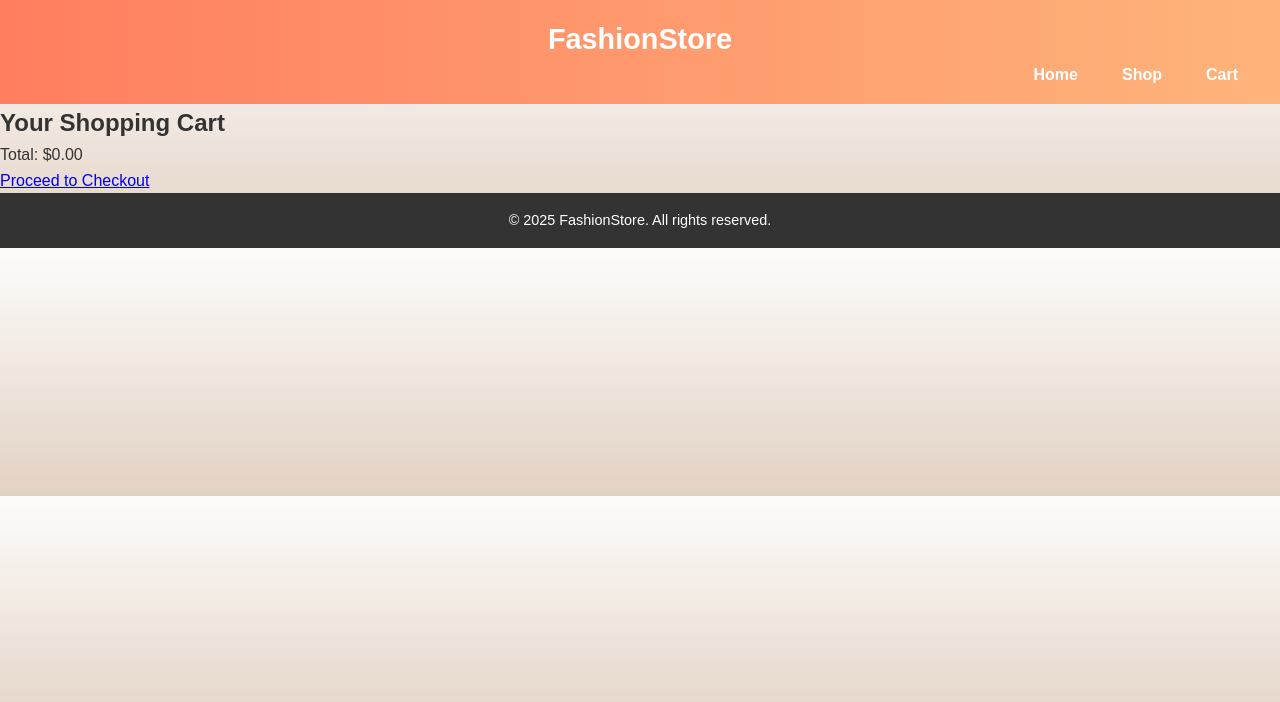
Repository: Patience225/ecommerce-app
Page: cart.html
The author's editor kept a copy of each file at every save. The page is drawn from the files as they stood at one save, then again after the next save.
The browser window is 1280 px wide. The pictures show the whole page.

Above is the page before, as saved 2025-01-28 10:00:26.
Console error: SyntaxError: Identifier 'cart' has already been declared

### cart.html
<!DOCTYPE html>
<html lang="en">
<head>
  <meta charset="UTF-8">
  <meta name="viewport" content="width=device-width, initial-scale=1.0">
  <title>Fashion Store | Cart</title>
  <link rel="stylesheet" href="css/styles.css">
</head>
<body>
  <header>
    <nav>
      <div class="logo">FashionStore</div>
      <ul class="nav-links">
        <li><a href="index.html">Home</a></li>
        <li><a href="products.html">Shop</a></li>
        <li><a href="cart.html">Cart</a></li>
      </ul>
    </nav>
  </header>

  <main>
    <!-- Cart Section -->
    <section class="cart">
      <h2>Your Shopping Cart</h2>
      <div id="cart-items-container" class="cart-items">
        <!-- Cart items will be dynamically loaded here -->
      </div>
      <div class="cart-summary">
        <p>Total: $<span id="total-price">0.00</span></p>
        <a href="checkout.html" class="checkout-button">Proceed to Checkout</a>
      </div>
    </section>
  </main>

  <footer>
    <p>&copy; 2025 FashionStore. All rights reserved.</p>
  </footer>

  <script src="js/cart.js"></script>
</body>
</html>

### css/styles.css
/* General Reset */
* {
  margin: 0;
  padding: 0;
  box-sizing: border-box;
}

body {
  font-family: 'Arial', sans-serif;
  line-height: 1.6;
  color: #333;
  background: linear-gradient(to bottom, #fdfcfb, #e2d1c3); /* Merged backgrounds */
  overflow-x: hidden;
  animation: fadeIn 0.5s ease-in-out;
}

/* Dark Mode styles */
body.dark-mode {
  background-color: #121212;
  color: white;
}

button {
  background-color: #ff6f61;
  transition: background-color 0.3s, transform 0.2s;
}

/* Light Mode styles */
body.light-mode {
  background-color: white;
  color: black;
}

.spinner {
  border: 4px solid #f3f3f3;
  border-radius: 50%;
  border-top: 4px solid #ff6f61;
  width: 30px;
  height: 30px;
  animation: spin 1s linear infinite;
}

@keyframes spin {
  0% {
      transform: rotate(0deg);
  }
  100% {
      transform: rotate(360deg);
  }
}

/* Header Styles */
header {
  background: linear-gradient(to right, #ff7e5f, #feb47b); /* Kept gradient for aesthetics */
  color: white;
  padding: 1rem 2rem;
  text-align: center;
}

header .logo {
  font-size: 1.8rem;
  font-weight: bold;
}

header .nav-links {
  display: flex;
  list-style: none;
  gap: 1.5rem;
  justify-content: flex-end;
}

header .nav-links li {
  margin: 0 10px; /* Merged inline styles */
}

header .nav-links li a {
  text-decoration: none;
  color: white;
  font-weight: bold;
  transition: color 0.3s;
}

header .nav-links li a:hover {
  color: #333;
}

/* Hero Section */
.hero {
  text-align: center;
  padding: 3rem 1rem;
  background: linear-gradient(to right, #ffecd2, #fcb69f);
  color: #333;
}

.hero h1 {
  font-size: 2.5rem;
  margin-bottom: 1rem;
}

.hero p {
  margin-bottom: 1.5rem;
  font-size: 1.2rem;
}

.hero .cta-button {
  text-decoration: none;
  padding: 0.8rem 2rem;
  background: #ff7e5f;
  color: white;
  font-weight: bold;
  border-radius: 25px;
  transition: background 0.3s;
}

.hero .cta-button:hover {
  background: #feb47b;
}

/* Categories Section */
.categories {
  padding: 2rem 1rem;
  text-align: center;
}

.categories h2 {
  margin-bottom: 2rem;
  font-size: 2rem;
}

.category-grid {
  display: flex;
  gap: 1.5rem;
  justify-content: center;
  flex-wrap: wrap;
}

.category-item {
  flex: 1 1 calc(40% - 2rem);
  max-width: 400px;
  overflow: hidden;
  border-radius: 15px;
  box-shadow: 0 4px 8px rgba(0, 0, 0, 0.1);
  transition: transform 0.3s;
}

.category-item img {
  width: 100%;
  height: auto;
  display: block;
}

.category-item .category-link {
  display: block;
  padding: 1rem;
  text-decoration: none;
  font-weight: bold;
  color: white;
  background: #333;
  text-align: center;
}

.category-item:hover {
  transform: scale(1.05);
}

/* Featured Products Section */
.featured-products {
  padding: 2rem 1rem;
  background: linear-gradient(to bottom, #e2d1c3, #f7f1e3);
  text-align: center;
}

.featured-products h2 {
  margin-bottom: 2rem;
  font-size: 2rem;
}

.product-grid {
  display: flex;
  gap: 1.5rem;
  justify-content: center;
  flex-wrap: wrap;
}

.product-grid .product {
  flex: 1 1 calc(30% - 2rem);
  max-width: 300px;
  overflow: hidden;
  border-radius: 15px;
  box-shadow: 0 4px 8px rgba(0, 0, 0, 0.1);
  text-align: center;
  background: white;
  transition: transform 0.3s;
}

.product-grid .product img {
  width: 100%;
  height: auto;
  display: block;
}

.product-grid .product h3 {
  margin: 1rem 0;
}

.product-grid .product p {
  color: #666;
  margin-bottom: 1rem;
}

.product-grid .product button {
  padding: 0.8rem 1.5rem;
  background: #ff7e5f;
  border: none;
  color: white;
  font-weight: bold;
  border-radius: 25px;
  cursor: pointer;
  transition: background 0.3s;
}

.product-grid .product button:hover {
  background: #feb47b;
}

/* Checkout Form Styles */
.checkout-details {
  background-color: white;
  padding: 20px;
  border-radius: 8px;
  box-shadow: 0 4px 8px rgba(0, 0, 0, 0.1);
  margin-top: 20px;
}

.checkout-details input,
.checkout-details textarea,
.checkout-details select {
  width: 100%;
  padding: 10px;
  margin-bottom: 15px;
  border: 1px solid #ccc;
  border-radius: 4px;
}

.checkout-details button {
  background-color: #ff6f61;
  color: white;
  padding: 12px 20px;
  border: none;
  border-radius: 4px;
  font-size: 16px;
  cursor: pointer;
  transition: background-color 0.3s ease;
}

.checkout-details button:hover {
  background-color: #e0554b;
}

/* Cart Styles */
.cart-item {
  display: flex;
  justify-content: space-between;
  align-items: center;
  margin-bottom: 15px;
  background-color: #fff;
  padding: 10px;
  border-radius: 8px;
  box-shadow: 0 2px 6px rgba(0, 0, 0, 0.1);
  transition: transform 0.3s ease;
  animation: cartAnimation 0.3s ease-out;
  animation: slideIn 0.3s ease-in-out;
}

.cart-item:hover {
  transform: translateY(-5px);
}

.cart-item img {
  max-width: 50px;
  margin-right: 15px;
}

.cart-item-details {
  flex-grow: 1;
}

.cart-item input[type="number"] {
  width: 60px;
  padding: 5px;
}

.remove-item {
  background-color: #ff6f61;
  color: white;
  padding: 8px;
  border: none;
  border-radius: 4px;
  cursor: pointer;
}

.remove-item:hover {
  background-color: #e0554b;
}

/* Animations for the Cart */
@keyframes cartAnimation {
  0% {
    opacity: 0;
    transform: translateY(-20px);
  }
  100% {
    opacity: 1;
    transform: translateY(0);
  }
}

@keyframes fadeIn {
  from {
      opacity: 0;
  }
  to {
      opacity: 1;
  }
}

@keyframes slideIn {
  from {
      transform: translateX(-100%);
      opacity: 0;
  }
  to {
      transform: translateX(0);
      opacity: 1;
  }
}

button:hover {
  background-color: #d35d56;
  transform: scale(1.05);
}


.products-container {
  display: flex;
  flex-wrap: wrap;
  justify-content: space-between;
  gap: 20px;
}

.product-item {
  flex: 0 1 30%;
  background-color: #fff;
  padding: 15px;
  border-radius: 8px;
  box-shadow: 0 2px 5px rgba(0, 0, 0, 0.1);
}


@keyframes fadeIn {
  0% { opacity: 0; }
  100% { opacity: 1; }
}

.page {
  animation: fadeIn 0.5s ease-in-out;
}

/* Responsive Design */
@media (max-width: 768px) {
  .products-container {
      flex-direction: column;
      align-items: center;
  }

  .product-item {
      width: 90%;
  }

  nav a {
      display: block;
      margin: 10px 0;
  }
}


/* Footer */
footer {
  text-align: center;
  padding: 1rem;
  background: #333;
  color: white;
  font-size: 0.9rem;
}

### js/cart.js
let cart = JSON.parse(localStorage.getItem('cart')) || [];

document.addEventListener('DOMContentLoaded', () => {
  const cartItemsContainer = document.getElementById('cart-items-container');
  const totalPriceElement = document.getElementById('total-price');

  // Function to display cart items
  function displayCart() {
    cartItemsContainer.innerHTML = '';
    let total = 0;

    cart.forEach(item => {
      const itemElement = document.createElement('div');
      itemElement.classList.add('cart-item');
      itemElement.innerHTML = `
        <img src="${item.image}" alt="${item.name}">
        <div class="cart-item-details">
          <h3>${item.name}</h3>
          <p>$${item.price.toFixed(2)}</p>
          <input type="number" value="${item.quantity}" min="1" class="item-quantity" data-id="${item.id}">
          <button class="remove-item" data-id="${item.id}">Remove</button>
        </div>
      `;
      cartItemsContainer.appendChild(itemElement);
      total += item.price * item.quantity;
    });

    totalPriceElement.textContent = total.toFixed(2);
  }

  // Event listener for changing quantity
  cartItemsContainer.addEventListener('input', event => {
    if (event.target.classList.contains('item-quantity')) {
      const id = parseInt(event.target.dataset.id);
      const newQuantity = parseInt(event.target.value);
      const item = cart.find(item => item.id === id);
      if (item) {
        item.quantity = newQuantity;
        localStorage.setItem('cart', JSON.stringify(cart));
        displayCart();
      }
    }
  });

  // Event listener for removing items from the cart
  cartItemsContainer.addEventListener('click', event => {
    if (event.target.classList.contains('remove-item')) {
      const id = parseInt(event.target.dataset.id);
      cart = cart.filter(item => item.id !== id);
      localStorage.setItem('cart', JSON.stringify(cart));
      displayCart();
    }
  });

  // Display the cart when page loads
  displayCart();
});

let products = []; // Load from products.json
let cart = JSON.parse(localStorage.getItem('cart')) || [];

// Load cart from localStorage
function loadCart() {
    const cartContainer = document.querySelector('.cart-container');
    cartContainer.innerHTML = '';

    if (cart.length === 0) {
        cartContainer.innerHTML = '<p>Your cart is empty!</p>';
        return;
    }

    cart.forEach(item => {
        const product = products.find(p => p.id === item.id);
        const cartItem = document.createElement('div');
        cartItem.classList.add('cart-item');
        cartItem.innerHTML = `
            <h3>${product.name}</h3>
            <p>Price: $${product.price}</p>
            <p>Quantity:
                <input type="number" value="${item.quantity}" onchange="updateCart(${product.id}, this.value)">
            </p>
            <button onclick="removeFromCart(${product.id})">Remove</button>
        `;
        cartContainer.appendChild(cartItem);
    });
}

// Update cart item quantity
function updateCart(productId, quantity) {
    cart = cart.map(item =>
        item.id === productId ? { ...item, quantity: parseInt(quantity) } : item
    );
    localStorage.setItem('cart', JSON.stringify(cart));
    loadCart();
}

// Remove item from cart
function removeFromCart(productId) {
    cart = cart.filter(item => item.id !== productId);
    localStorage.setItem('cart', JSON.stringify(cart));
    loadCart();
}

loadCart();

After the next save:
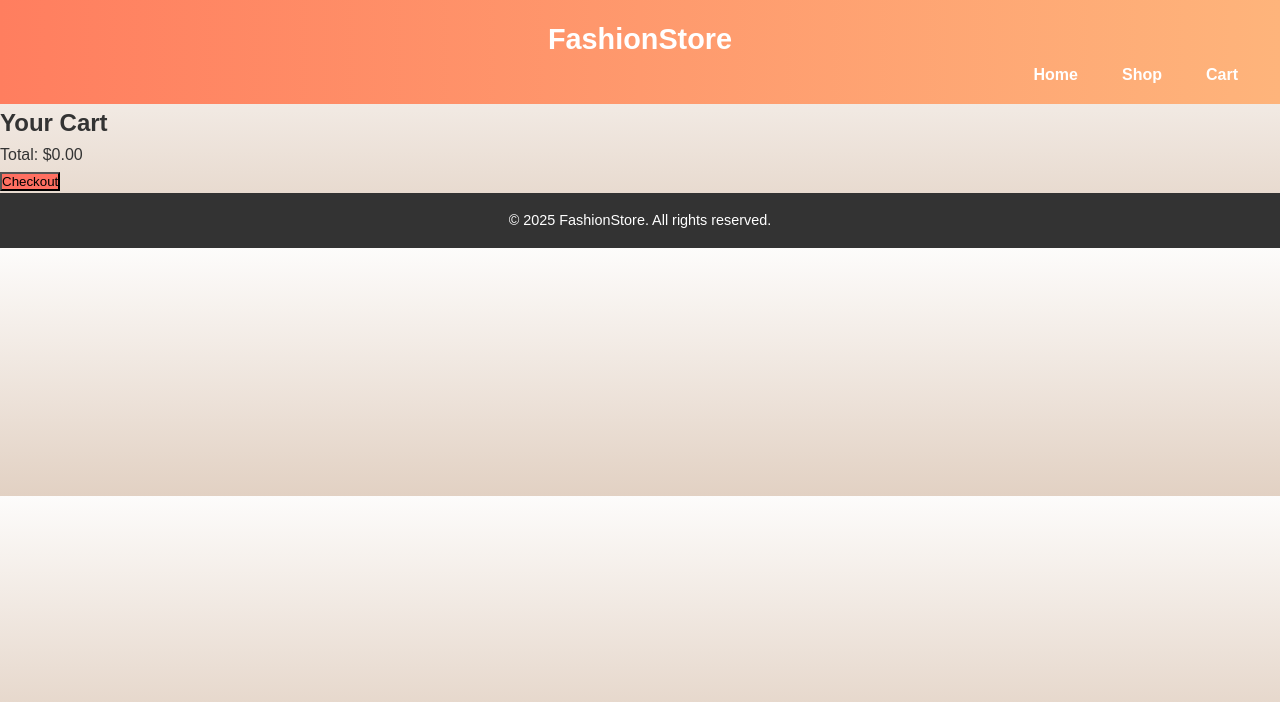
Saved 11 min 58 s later.
--- a/cart.html
+++ b/cart.html
@@ -13,21 +13,20 @@
       <ul class="nav-links">
         <li><a href="index.html">Home</a></li>
         <li><a href="products.html">Shop</a></li>
-        <li><a href="cart.html">Cart</a></li>
+        <li><a href="cart.html" class="active">Cart</a></li>
       </ul>
     </nav>
   </header>
 
   <main>
-    <!-- Cart Section -->
-    <section class="cart">
-      <h2>Your Shopping Cart</h2>
-      <div id="cart-items-container" class="cart-items">
+    <section class="cart-section">
+      <h1>Your Cart</h1>
+      <div id="cart-items" class="cart-items">
         <!-- Cart items will be dynamically loaded here -->
       </div>
       <div class="cart-summary">
-        <p>Total: $<span id="total-price">0.00</span></p>
-        <a href="checkout.html" class="checkout-button">Proceed to Checkout</a>
+        <p>Total: $<span id="cart-total">0.00</span></p>
+        <button id="checkout-btn">Checkout</button>
       </div>
     </section>
   </main>
